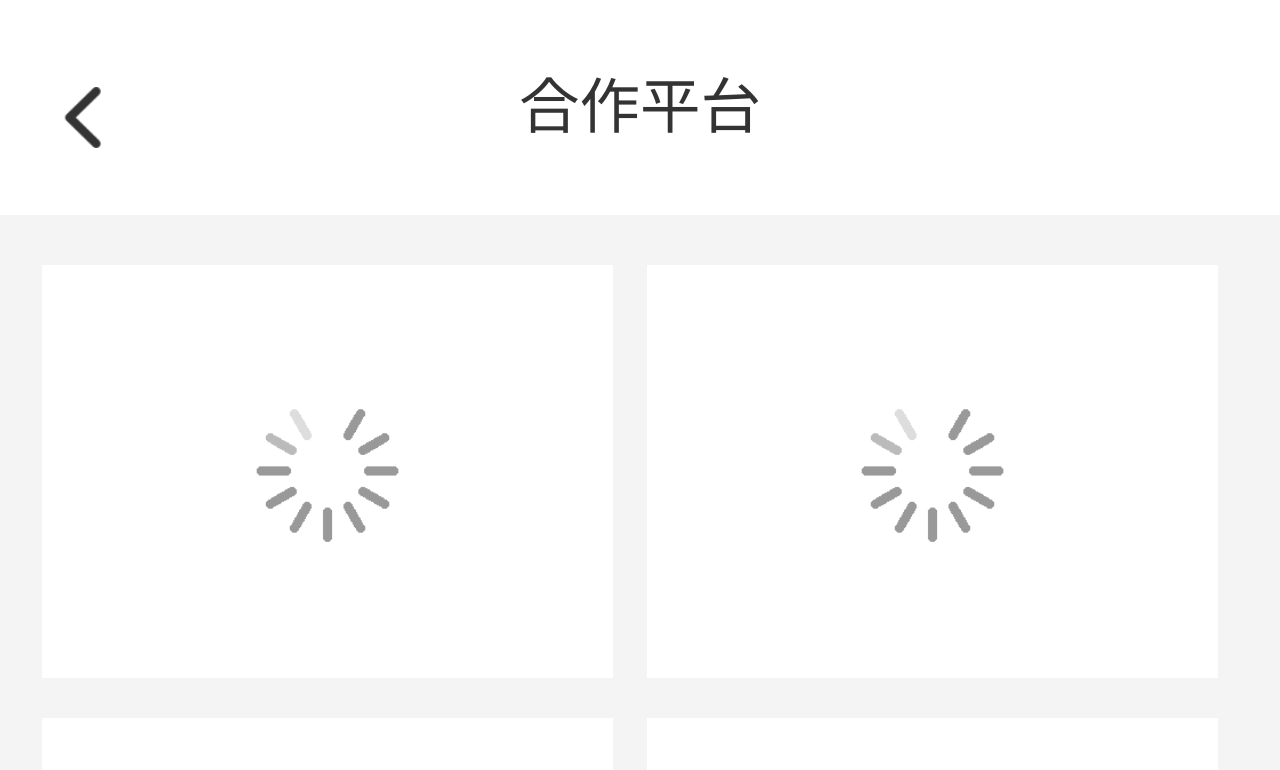
Repository: GgoodBoy/js-object
Page: jquery懒加载/platObj/platForm.html
The author's editor kept a copy of each file at every save. The page is drawn from the files as they stood at one save, then again after the next save.
The browser window is 1280 px wide. The pictures show the whole page.
An inner scrolling area shows only its first screen. Some web libraries are served in a nearby version.

Above is the page before, as saved 2019-10-15 15:54:34.

After the next save:
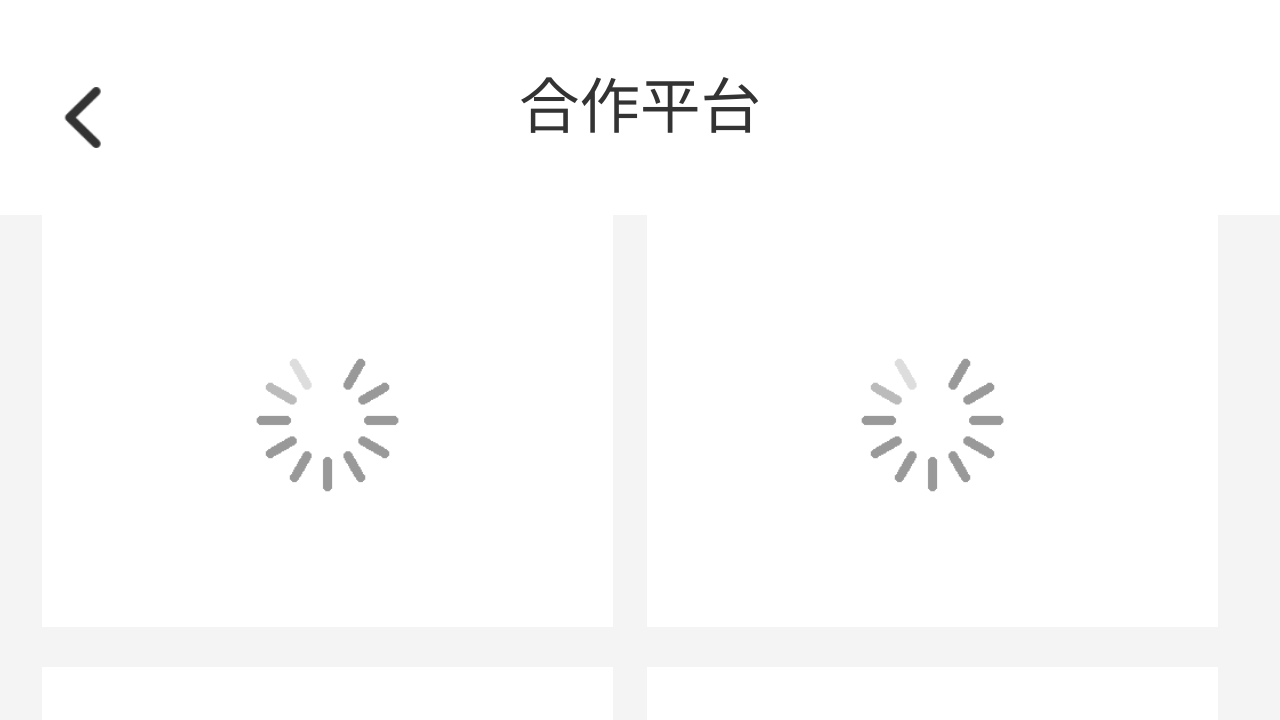
Saved 15 s later.
--- a/jquery懒加载/platObj/platForm.html
+++ b/jquery懒加载/platObj/platForm.html
@@ -95,7 +95,6 @@
 #platFormId .platList{
     height: calc(100vh - 1.28rem);
     overflow: scroll;
-    margin-top: 0.3rem;
     padding:0 0.25rem;
 }
 #platFormId .platList ul{
